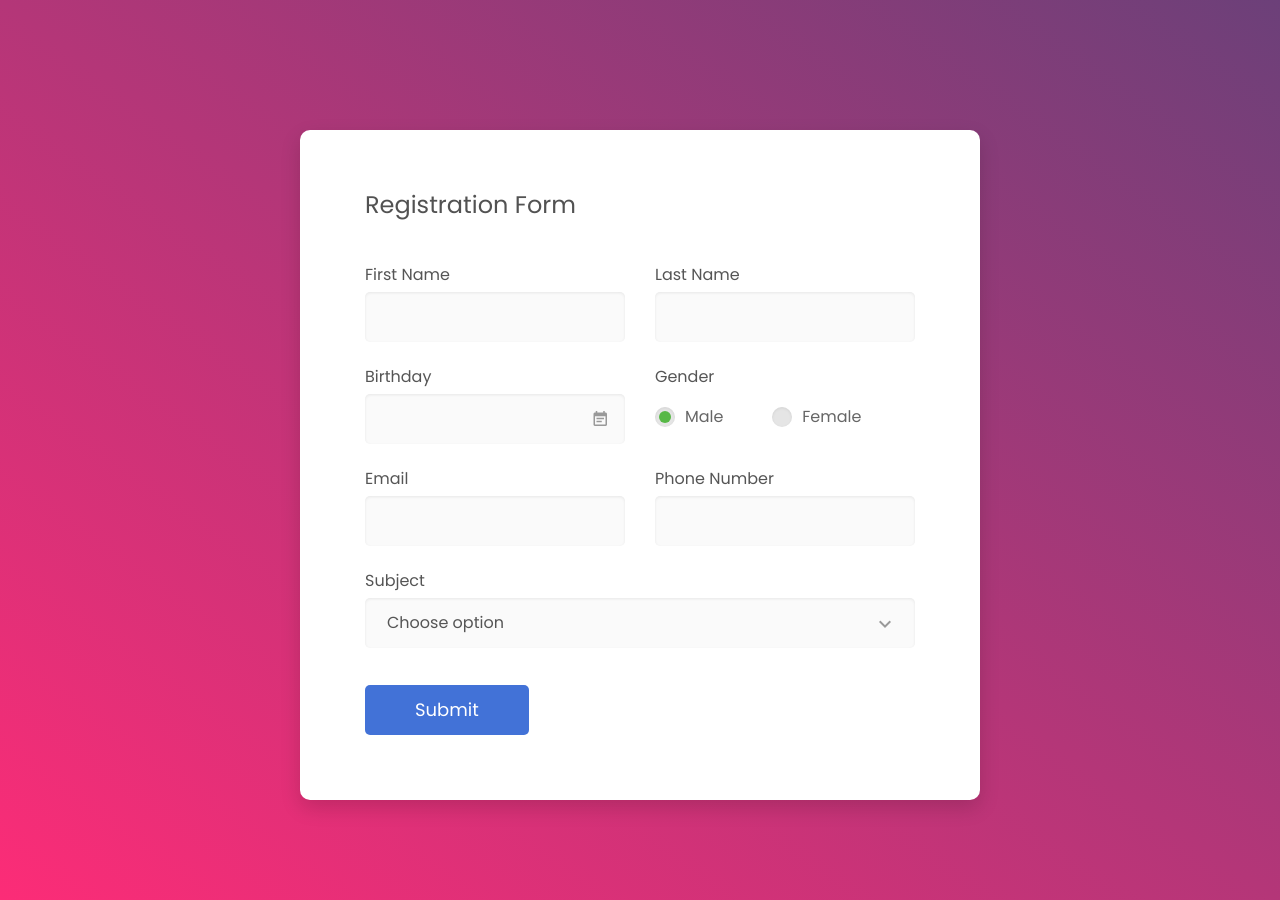
Repository: AbdulRehman0/registration
Page: http://localhost/registration.php
An editor plug-in stored every save of this project. The page is shown before and after the next save, followed by the edit.
The browser window is 1280 px wide. The pictures show the whole page.
The page is run by PHP 8.4 with error messages shown; the project is at /var/www/html/.

Above is the page before, as saved 2021-01-05 15:09:07.

After the next save:
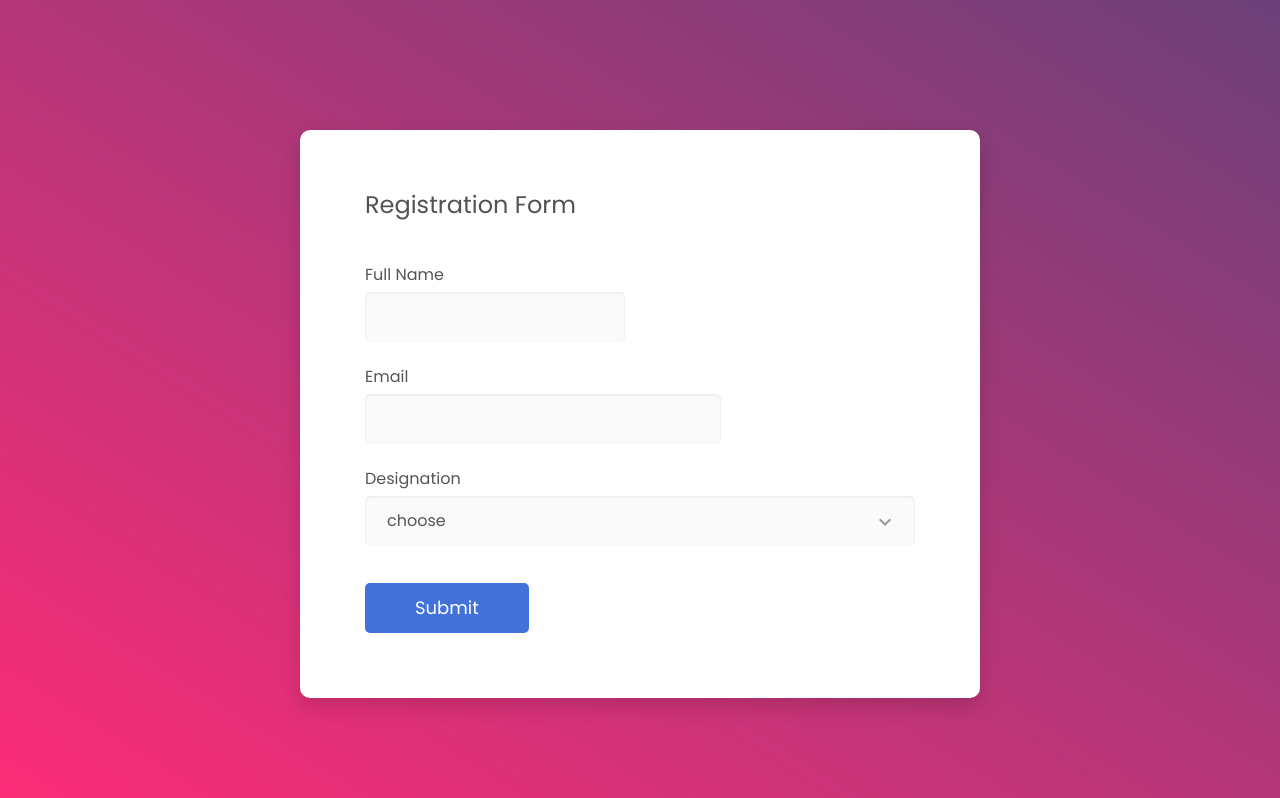
Saved 2 min 18 s later.
--- a/registration.php
+++ b/registration.php
@@ -9,64 +9,28 @@ include "./templates/header.php";
                     <h2 class="title">Registration Form</h2>
                     <form method="POST">
                         <div class="row row-space">
+
                             <div class="col-2">
                                 <div class="input-group">
-                                    <label class="label">first name</label>
-                                    <input class="input--style-4" type="text" name="first_name">
-                                </div>
-                            </div>
-                            <div class="col-2">
-                                <div class="input-group">
-                                    <label class="label">last name</label>
-                                    <input class="input--style-4" type="text" name="last_name">
+                                    <label class="label">Full Name</label>
+                                    <input class="input--style-4" type="text" name="full name">
                                 </div>
                             </div>
                         </div>
+
                         <div class="row row-space">
-                            <div class="col-2">
-                                <div class="input-group">
-                                    <label class="label">Birthday</label>
-                                    <div class="input-group-icon">
-                                        <input class="input--style-4 js-datepicker" type="text" name="birthday">
-                                        <i class="zmdi zmdi-calendar-note input-icon js-btn-calendar"></i>
-                                    </div>
-                                </div>
-                            </div>
-                            <div class="col-2">
-                                <div class="input-group">
-                                    <label class="label">Gender</label>
-                                    <div class="p-t-10">
-                                        <label class="radio-container m-r-45">Male
-                                            <input type="radio" checked="checked" name="gender">
-                                            <span class="checkmark"></span>
-                                        </label>
-                                        <label class="radio-container">Female
-                                            <input type="radio" name="gender">
-                                            <span class="checkmark"></span>
-                                        </label>
-                                    </div>
-                                </div>
-                            </div>
-                        </div>
-                        <div class="row row-space">
-                            <div class="col-2">
+                            <div class="col-4">
                                 <div class="input-group">
                                     <label class="label">Email</label>
                                     <input class="input--style-4" type="email" name="email">
                                 </div>
                             </div>
-                            <div class="col-2">
-                                <div class="input-group">
-                                    <label class="label">Phone Number</label>
-                                    <input class="input--style-4" type="text" name="phone">
-                                </div>
-                            </div>
                         </div>
                         <div class="input-group">
-                            <label class="label">Subject</label>
+                            <label class="label">Designation</label>
                             <div class="rs-select2 js-select-simple select--no-search">
                                 <select name="subject">
-                                    <option disabled="disabled" selected="selected">Choose option</option>
+                                    <option disabled="disabled" selected="selected">choose</option>
                                     <option value="1">Admin</option>
                                     <option value="2">Editor</option>
                                 </select>
